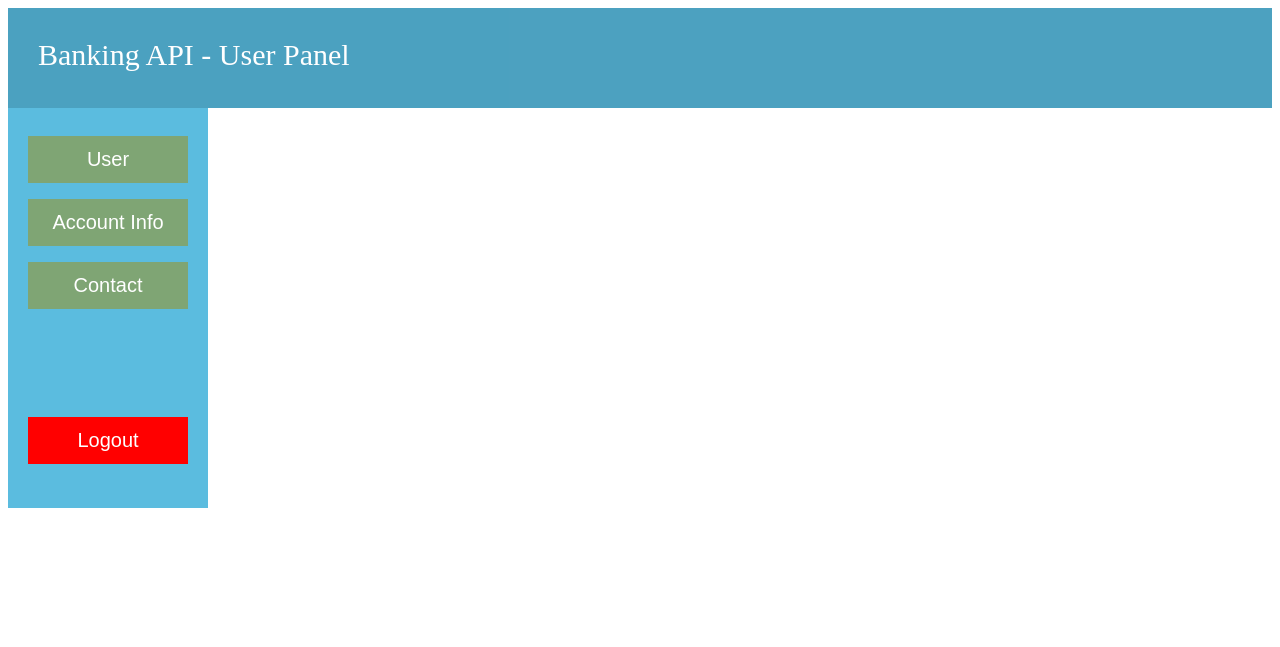
Repository: kennyufish/Revature_ROCP1_Project_Banking_API
Page: banking_api/src/main/webapp/userInfo.html
These files come from the project's save history. The page is drawn as it stood at one moment and after the next save; the edit follows.
The browser window is 1280 px wide. The pictures show the whole page.

Above is the page before, as saved 2020-10-10 16:59:13.

### banking_api/src/main/webapp/userInfo.html
<!DOCTYPE html>
<html>
<head>
<meta charset="ISO-8859-1">
<meta name="viewport" content="width=device-wirdth, initial-scale=1">
<style>
* {
	box-sizing: border-box;
	font-size: 20px;
}

header {
	background-color: #007AA6;
	opacity: 0.7;
	color: white;
	padding: 30px;
	font-size: 30px;
	height: 100px;
	width: 100%;
}

nav {
	float: left;
	width: 200px;
	background-color: #5BBCDF;
	padding: 20px;
	height: 400px;
}

article {
	witdth: 100%;
	height: 500px;
	background-color: powderblue;
	padding: 20px;
	margin-left: 200px;
}

table, th, td {
	border: 1px solid black;
	table-layout:auto;
	width:1000px;
}

.UserLayout {
	font-size: 20px;
	background-color: powderblue;
	border: 2px solid black;
	padding: 20px;
	width: 100%;
	height: 550px;
	margin: 0 auto;
}

button {
	background-color: #7FA574;
	color: white;
	padding: 12px 15px;
	margin: 8px 0;
	border: none;
	cursor: pointer;
	width: 100%;
}

button:hover {
	opacity: 0.5
}

.logoutButton {
	background-color: red;
	color: white;
	padding: 12px 15px;
	margin: 8px 0;
	border: none;
	cursor: pointer;
	width: 100%;
	margin-top: 100px;
}
</style>
<title>User Panel</title>
</head>
<body>
	<header>Banking API - User Panel</header>
	<section>
		<nav>

			<form action="userInfo">
				<button type="submit">User</button>
			</form>

			<form action="displayAccount">
				<button type="submit">Account Info</button>
			</form>

			<form action="#">
				<button type="submit">Contact</button>
			</form>

			<form action="loginUser">
				<button class="logoutButton" type="submit">Logout</button>
			</form>
		</nav>
	</section>
</body>
</html>

After the next save:
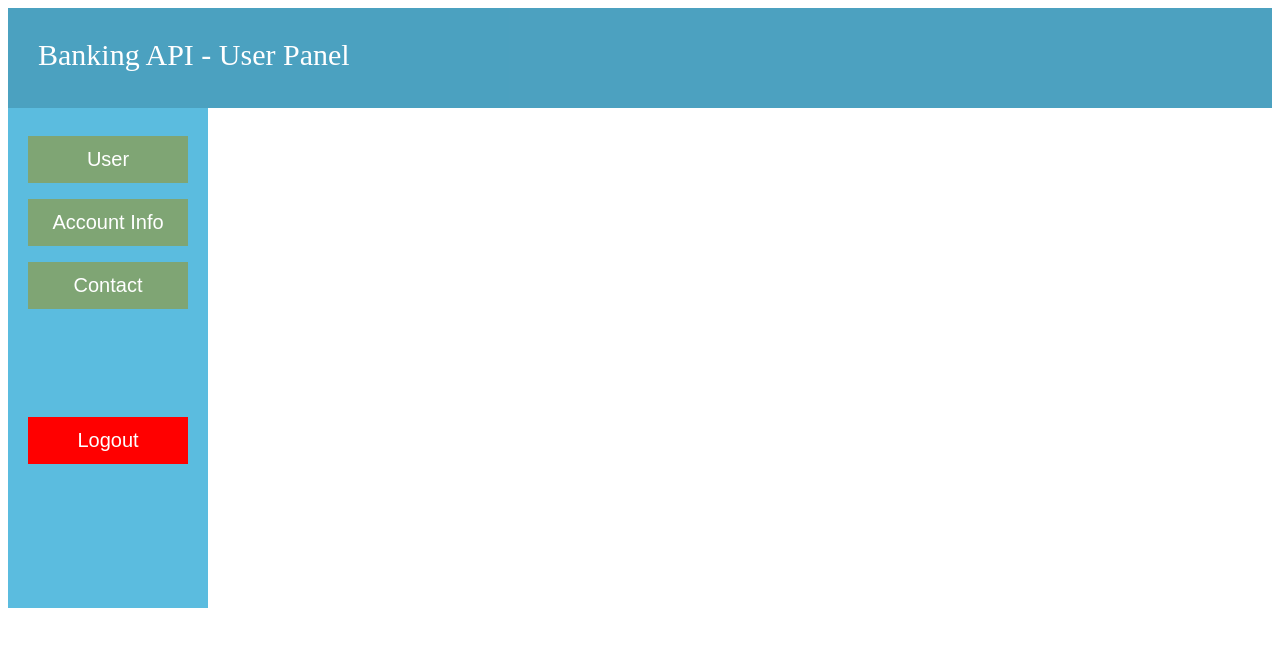
Saved 9 s later.
--- a/banking_api/src/main/webapp/userInfo.html
+++ b/banking_api/src/main/webapp/userInfo.html
@@ -24,7 +24,7 @@ nav {
 	width: 200px;
 	background-color: #5BBCDF;
 	padding: 20px;
-	height: 400px;
+	height: 500px;
 }
 
 article {
